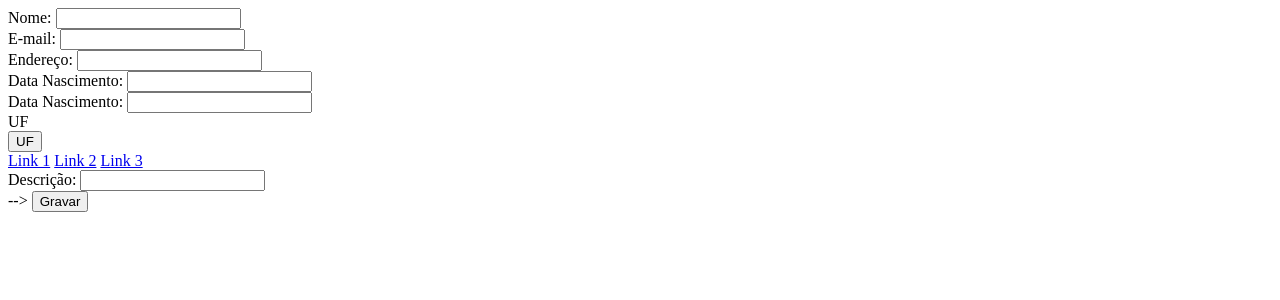
Repository: Natan16/CRUDJUSTTO
Page: CRUDJUSTTOWEB/WebContent/adiciona-advogado.html
These files come from the project's save history. The page is drawn as it stood at one moment and after the next save; the edit follows.
The browser window is 1280 px wide. The pictures show the whole page.

Above is the page before, as saved 2019-08-31 10:36:58.

After the next save:
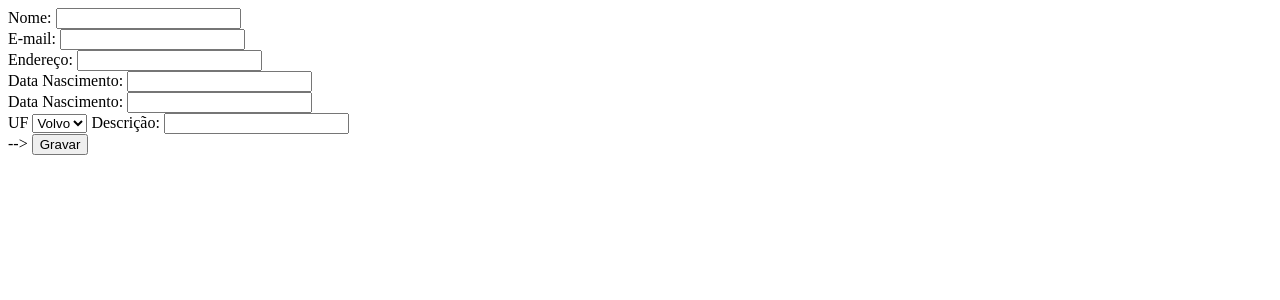
Saved 29 min 3 s later.
--- a/CRUDJUSTTOWEB/WebContent/adiciona-advogado.html
+++ b/CRUDJUSTTOWEB/WebContent/adiciona-advogado.html
@@ -8,14 +8,12 @@
 
              Data Nascimento: <input type="text" name="dataNascimento" /><br />
              UF
-             <div class="dropdown">
-  				<button class="dropbtn">UF</button>
-	  				<div class="dropdown-content">
-	    				<a href="#">Link 1</a>
-	    				<a href="#">Link 2</a>
-	    				<a href="#">Link 3</a>
-	  				</div>
-			</div>
+             <select name="cars">
+    <option value="volvo">Volvo</option>
+    <option value="saab">Saab</option>
+    <option value="fiat">Fiat</option>
+    <option value="audi">Audi</option>
+  </select>
 
              Descrição: <input type="text" name="desc" /><br />
 		<!-- <!-- <div class="dropdown">
